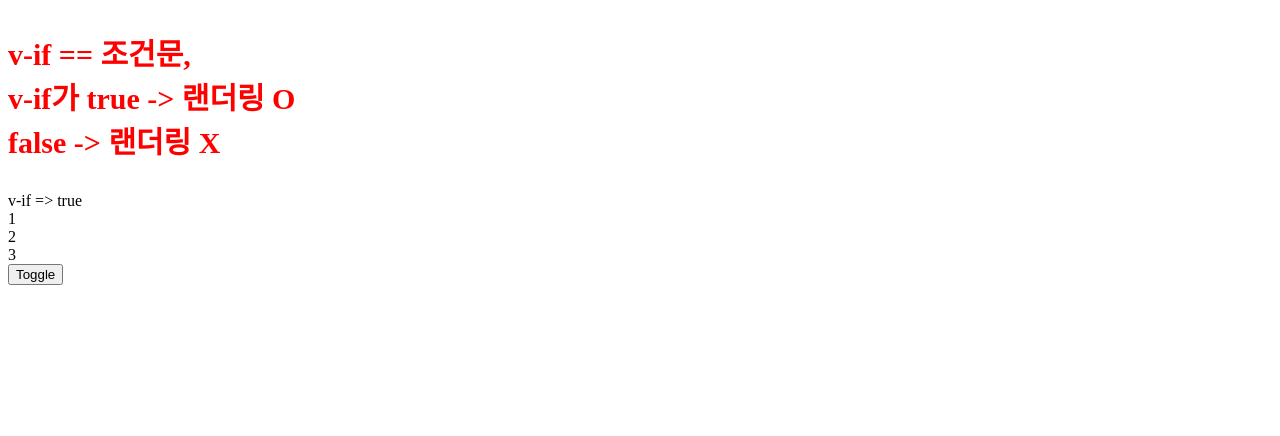
Repository: RyuGeunHwan/code_J
Page: Vuejs/22-08-10 vuejs v-if and v-show.html
The author's editor kept a copy of each file at every save. The page is drawn from the files as they stood at one save, then again after the next save.
The browser window is 1280 px wide. The pictures show the whole page.

Above is the page before, as saved 2022-08-10 09:36:51.

### Vuejs/22-08-10 vuejs v-if and v-show.html
<!DOCTYPE html>
<html lang="en">
<head>
    <meta charset="UTF-8">
    <meta http-equiv="X-UA-Compatible" content="IE=edge">
    <meta name="viewport" content="width=device-width, initial-scale=1.0">
    <title>v-if & v-show</title>
    <script src="https://cdn.jsdelivr.net/npm/vue/dist/vue.js"></script>
</head>
<body>
    <div id="app">
        <p :style="styleObject" v-if="show">v-if == 조건문, <br> v-if가 true -> 랜더링 O <br> false -> 랜더링 X</p>
        <div v-if="show">v-if => true</div>
        <div v-else>v-else</div>

        <!-- 여러개의 태그를 한번에 없애고 나타나게 하는 방법 -->
        <template>
        <div>1</div>
        <div>2</div>
        <div>3</div>
        </template>
        <!-- 여러개의 태그를 한번에 없애고 나타나게 하는 방법 -->

        <button @click="toggleShow">Toggle</button>
    </div>
    <script>
        new Vue({
            el: '#app',
            data:{
                show: true,
                styleObject:{
                    fontSize: '30px',
                    color: 'red',
                    fontWeight: 'bold'
                }
            },
            methods:{
                toggleShow(){
                    this.show = !this.show;
                    // !this.show 와 false의 차이점
                    // 1. !this.show는 다시 로드 됨.
                    // 2. false는 값이 변경되어서 값이 false로 고정되어있음.
                }
            }
        })
    </script>
</body>
</html>

After the next save:
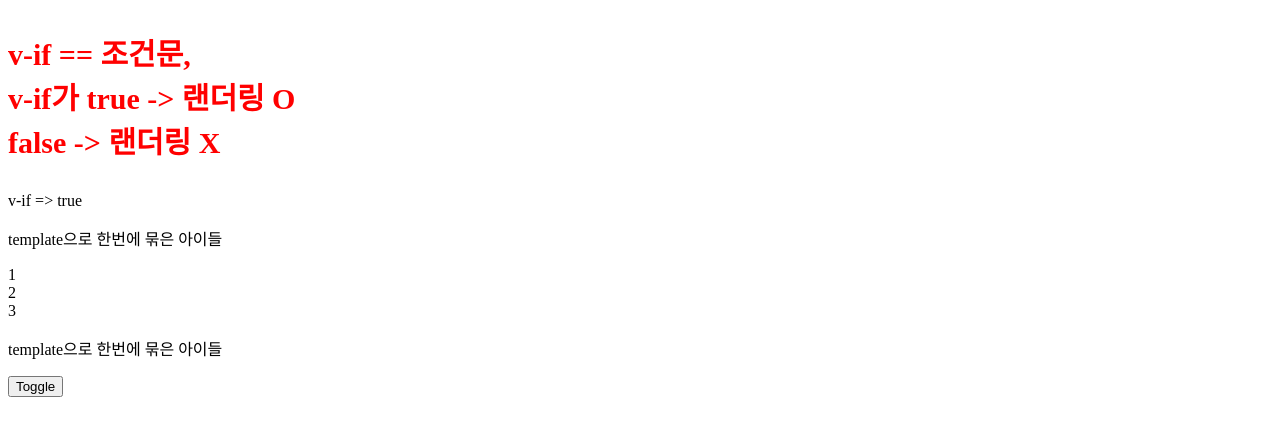
Saved 68 s later.
--- a/Vuejs/22-08-10 vuejs v-if and v-show.html
+++ b/Vuejs/22-08-10 vuejs v-if and v-show.html
@@ -14,10 +14,12 @@
         <div v-else>v-else</div>
 
         <!-- 여러개의 태그를 한번에 없애고 나타나게 하는 방법 -->
-        <template>
+        <template v-if="show">
+        <p>template으로 한번에 묶은 아이들</p>
         <div>1</div>
         <div>2</div>
         <div>3</div>
+        <p>template으로 한번에 묶은 아이들</p>
         </template>
         <!-- 여러개의 태그를 한번에 없애고 나타나게 하는 방법 -->
 
